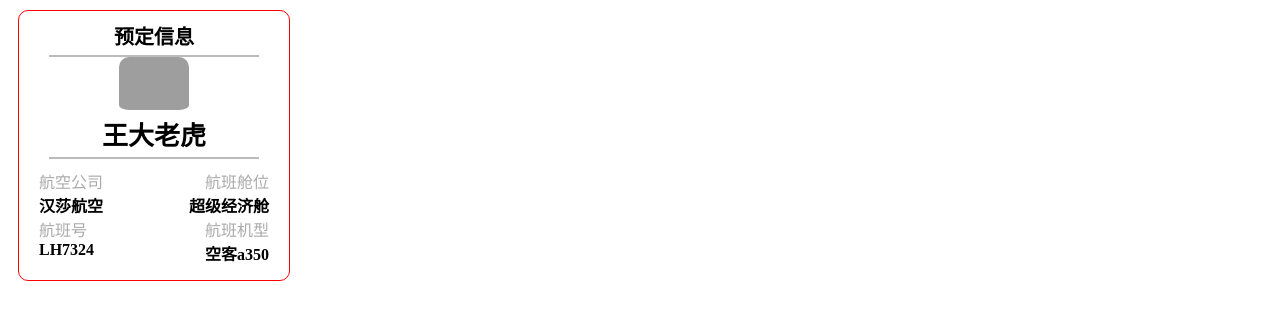
Repository: xzm1997/react-learning
Page: /
These files come from the project's save history. The page is drawn as it stood at one moment and after the next save; the edit follows.
The browser window is 1280 px wide. The pictures show the whole page.
Pictures or frames that could not be fetched are drawn as grey boxes. The project was rebuilt for these pictures with package versions that can differ from the ones it lists, and the page was loaded fresh each time.

Above is the page before, as saved 2023-01-31 10:51:13.

### src/index.js
import React from 'react';
import ReactDOM from 'react-dom/client';
import './index.css';

export function UserInfo(props) {
  return (
    <div className='userInfo'>
      <img
        src='https://img1.baidu.com/it/u=2017107515,121176475&fm=253&fmt=auto&app=138&f=JPEG?w=500&h=500'
        alt='ava'
        className='ava'
      ></img>
      <div className='userName'>{props.userName}</div>
    </div>
  )
}

export function InfoShow(props) {
  return (
    <div>
      <div className='bookTitle'>{props.title}</div>
      <div className='bookContent'>{props.content}</div>
    </div>
  )
}

export function BookInfo(props) {
  return (
    <div className='contentDisplay'>
      <div className='totalTitle'>预定信息</div>
      <UserInfo userName={props.userName} />
      <div className='infoDisplay'>
        <div className='infoItem leftSide'>
          <InfoShow title='航空公司' content={props.ticketInfo.airline}/>
          <InfoShow title='航班号' content={props.ticketInfo.flightNum}/>
        </div>
        <div className='infoItem rightSide'>
          <InfoShow title='航班舱位' content={props.ticketInfo.level}/>
          <InfoShow title='航班机型' content={props.ticketInfo.plane}/>
        </div>
      </div>
    </div>
    )
}

export function Root() {
  const userName = '王大老虎';
  const ticketInfo = {
    airline : '汉莎航空',
    flightNum : 'LH7324',
    level : '超级经济舱',
    plane : '空客a350'
  }
  return (
    <div>
      <BookInfo
        userName={userName}
        ticketInfo={ticketInfo}
      />
    </div>
  )
}

// ========================================

const root = ReactDOM.createRoot(document.getElementById("root"));
root.render(<Root />);

### src/index.css
.contentDisplay {
  width: 250px;
  border: solid 1px red;
  border-radius: 10px;
  padding:10px;
  margin: 10px;
  display: flex;
  flex-direction: column;
  align-items: center;
}

.userInfo {
  display: flex;
  flex-direction: column;
  align-items: center;
  width: 210px;
  padding-bottom: 5px;
  margin-bottom: 5px;
  border-bottom: solid 2px #bbb;
}

.ava {
  width: 70px;
  border-radius: 10px;
  padding-bottom: 5px;
}

.userName {
  font-weight: 700;
  font-size: 26px;
}

.bookTitle {
  color: #aaa;
}

.totalTitle {
  font-size: 20px;
  font-weight: 700;
  text-align: center;
  width: 210px;
  padding-bottom: 5px;
  border-bottom: solid 2px #bbb;
}

.bookContent {
  font-weight: 700;
}

.infoDisplay {
  display: flex;
}

.infoItem {
  width: 110px;
  margin: 5px;
}

.rightSide {
  text-align: right;
}

Loaded but not shown: public/index.html (common file)

After the next save:
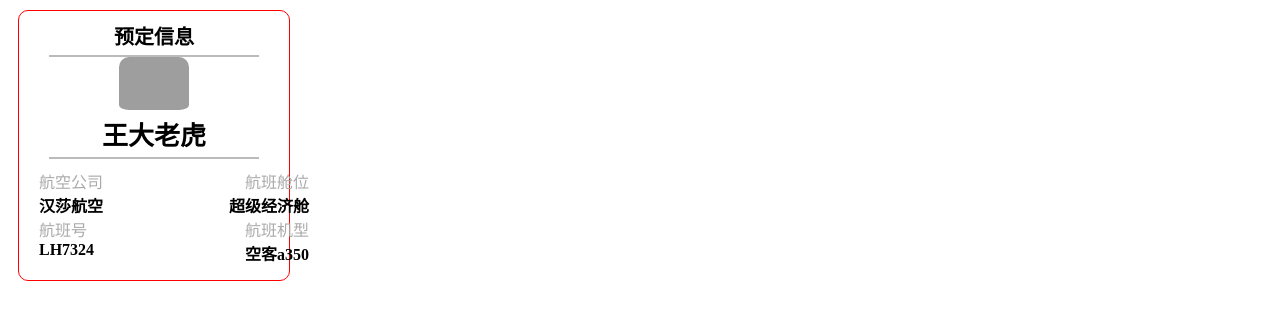
Saved 9 s later.
--- a/src/index.js
+++ b/src/index.js
@@ -30,14 +30,14 @@ export function BookInfo(props) {
       <div className='totalTitle'>预定信息</div>
       <UserInfo userName={props.userName} />
       <div className='infoDisplay'>
-        <div className='infoItem leftSide'>
+        <ul className='infoItem leftSide'>
           <InfoShow title='航空公司' content={props.ticketInfo.airline}/>
           <InfoShow title='航班号' content={props.ticketInfo.flightNum}/>
-        </div>
-        <div className='infoItem rightSide'>
+        </ul>
+        <ul className='infoItem rightSide'>
           <InfoShow title='航班舱位' content={props.ticketInfo.level}/>
           <InfoShow title='航班机型' content={props.ticketInfo.plane}/>
-        </div>
+        </ul>
       </div>
     </div>
     )
